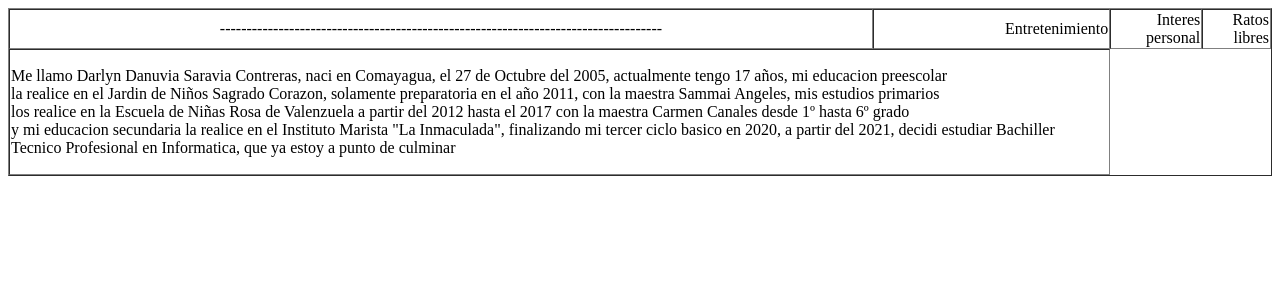
Repository: darlyn-saravia27/portafolio-darlynsaravia
Page: archivoshtml/tareas de html/index.html
These files come from the project's save history. The page is drawn as it stood at one moment and after the next save; the edit follows.
The browser window is 1280 px wide. The pictures show the whole page.

Above is the page before, as saved 2023-03-04 00:48:06.

### archivoshtml/tareas de html/index.html
<!DOCTYPE html>
<html lang="en">
<head>
    <meta charset="UTF-8">
    <meta http-equiv="X-UA-Compatible" content="IE=edge">
    <meta name="viewport" content="width=device-width, initial-scale=1.0">
    <title>Mi Portafolio Web</title>
</head>
<body>
    <table align="center" border="1" cellspacing="0" width="100%">
    <tr align="center">
        <td>-----------------------------------------------------------------------------------</td>
        <td align="right">Entretenimiento</td>
        <td align="right">Interes personal</td>
        <td align="right">Ratos libres</td>
    </tr>
    <tr>
        <td colspan="2">
            <p> Me llamo Darlyn Danuvia Saravia Contreras, naci en Comayagua,
                el 27 de Octubre del 2005, actualmente tengo 17 años, mi educacion preescolar <br>la realice
                en el Jardin de Niños Sagrado Corazon, solamente preparatoria en el año 2011,
                con la maestra Sammai Angeles, mis estudios primarios <br>los realice en la
                Escuela de Niñas Rosa de Valenzuela a partir del 2012 hasta el 2017 con
                la maestra Carmen Canales desde 1º hasta 6º grado <br>y mi educacion secundaria la
                realice en el Instituto Marista "La Inmaculada", finalizando
                mi tercer ciclo basico en 2020, a partir del 2021, decidi estudiar Bachiller
                Tecnico Profesional en Informatica, que ya estoy a punto de culminar</p> </td>
    </tr>
</body>
</html>

After the next save:
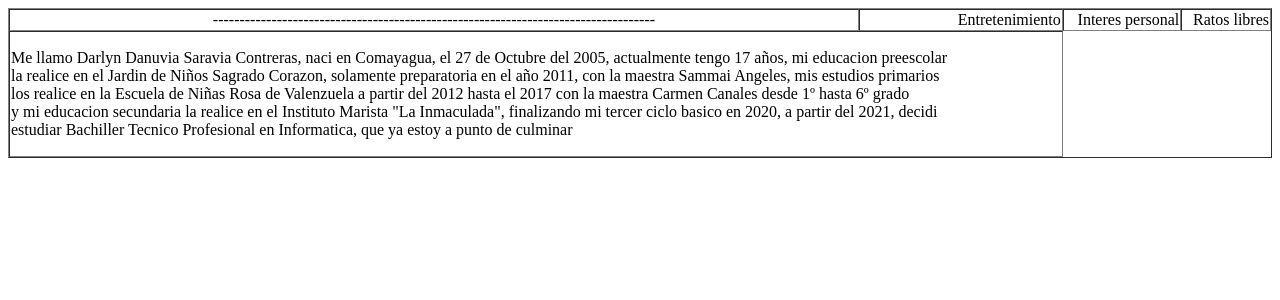
Saved 12 s later.
--- a/archivoshtml/tareas de html/index.html
+++ b/archivoshtml/tareas de html/index.html
@@ -23,7 +23,7 @@
                 Escuela de Niñas Rosa de Valenzuela a partir del 2012 hasta el 2017 con
                 la maestra Carmen Canales desde 1º hasta 6º grado <br>y mi educacion secundaria la
                 realice en el Instituto Marista "La Inmaculada", finalizando
-                mi tercer ciclo basico en 2020, a partir del 2021, decidi estudiar Bachiller
+                mi tercer ciclo basico en 2020, a partir del 2021, decidi <br>estudiar Bachiller
                 Tecnico Profesional en Informatica, que ya estoy a punto de culminar</p> </td>
     </tr>
 </body>
